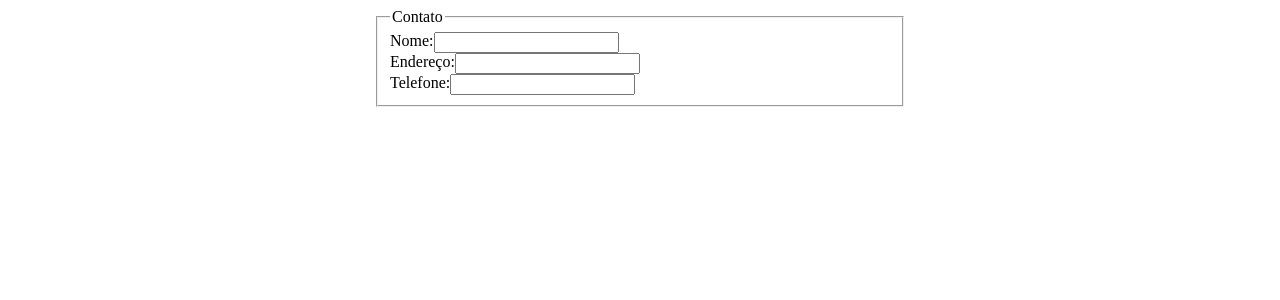
Repository: daniloserafim/trilha-backend-senai
Page: exemploServlet/WebContent/contato.html
An editor plug-in stored every save of this project. The page is shown before and after the next save, followed by the edit.
The browser window is 1280 px wide. The pictures show the whole page.

Above is the page before, as saved 2022-05-31 22:48:36.

After the next save:
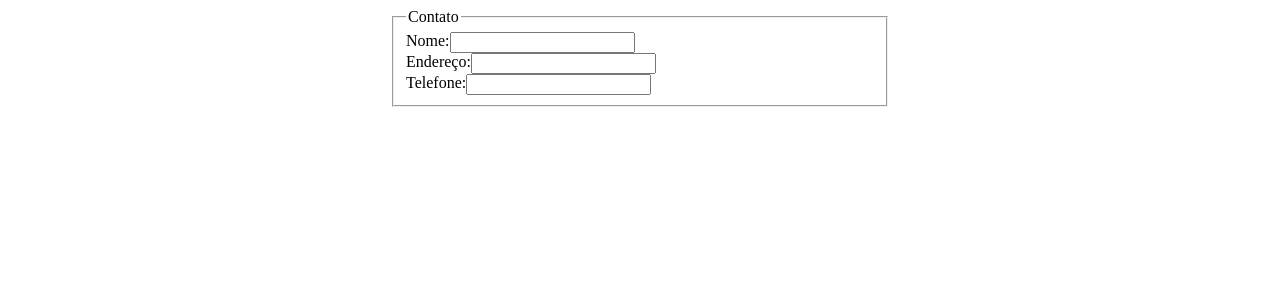
Saved 19 s later.
--- a/exemploServlet/WebContent/style.css
+++ b/exemploServlet/WebContent/style.css
@@ -7,7 +7,7 @@ body {
 	align-items: center;
 }
 
-fieldset {
+form {
 	width: 500px;
 }
 
